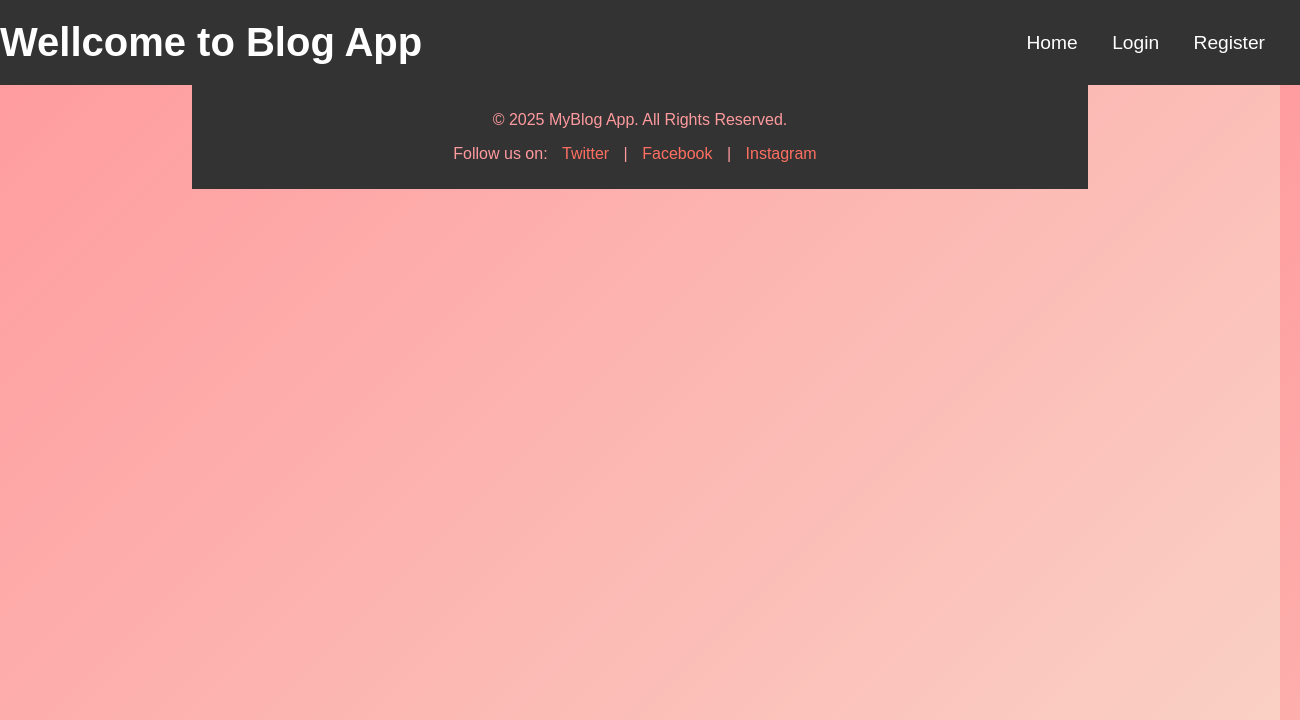
Repository: kapucuonur/blog_App
Page: posts/templates/posts/base.html
The author's editor kept a copy of each file at every save. The page is drawn from the files as they stood at one save, then again after the next save.
The browser window is 1280 px wide. The page is 1300 px wide, so the pictures cover 1300 px, including what lies to the right of the window. The pictures show the whole page.
The template is drawn by Django 4.2. The application's start-up code is not run. Other server files are loaded and not shown. The template is opened directly, without the code that normally fills it, so the values that code supplies are empty.

Above is the page before, as saved 2025-01-28 13:34:27.

### posts/templates/posts/base.html
{% load static %}
<!DOCTYPE html>
<html lang="en">
<head>
    <meta charset="UTF-8">
    <meta name="viewport" content="width=device-width, initial-scale=1.0">
    <title>Blog App</title>
    <link rel="stylesheet" href="{% static 'css/styles.css' %}">
</head>
<body>
    <header>
        <h1> Wellcome to Blog App</h1>
        <nav>
            <a href="{% url 'index' %}">Home</a>
            {% if user.is_authenticated %}
                <a href="{% url 'logout' %}">Logout</a>
            {% else %}
                <a href="{% url 'login' %}">Login</a>
                <a href="{% url 'register' %}">Register</a>
            {% endif %}
        </nav>
    </header>


    <main>
        {% block content %}
        {% endblock %}
    </main>
</body>
<footer>
    <p>&copy; 2025 MyBlog App. All Rights Reserved.</p>
    <p>Follow us on:
        <a href="https://twitter.com" target="_blank">Twitter</a> |
        <a href="https://facebook.com" target="_blank">Facebook</a> |
        <a href="https://instagram.com" target="_blank">Instagram</a>
    </p>
</footer>
</html>

### static/css/styles.css
/* General styling */
body {
    font-family: Arial, sans-serif;
    margin: 0;
    padding: 0;
    display: flex;
    flex-direction: column;
    align-items: center;
    justify-content: flex-start;
    height: 100vh;
    background: linear-gradient(135deg, #ff9a9e, #fad0c4);
    animation: backgroundMove 5s infinite alternate;
    box-sizing: border-box;
}

@keyframes backgroundMove {
    from {
        background-position: 0% 50%;
    }
    to {
        background-position: 100% 50%;
    }
}

/* Header and Navigation */
header {
    width: 100%;
    background-color: #333;
    color: white;
    padding: 20px;
    display: flex;
    justify-content: space-between;
    align-items: center;
}

header h1 {
    margin: 0;
    font-size: 2.5rem;
}

nav a {
    color: white;
    margin: 0 15px;
    text-decoration: none;
    font-size: 1.2rem;
    transition: color 0.3s ease;
}

nav a:hover {
    color: #ff6f61;
}

/* Welcome message styling */
.welcome-message {
    text-align: center;
    margin-top: 30px;
    color: #444;
}

.welcome-message h2 {
    font-size: 2rem;
    color: #333;
}

.welcome-message p {
    font-size: 1.2rem;
    color: #555;
}

/* Posts container */
.posts-container {
    display: flex;
    justify-content: center;
    margin-top: 30px;
}

.posts {
    width: 70%;
    max-width: 800px;
}

.post {
    background-color: #fff;
    padding: 20px;
    margin-bottom: 20px;
    border-radius: 10px;
    box-shadow: 0 4px 15px rgba(0, 0, 0, 0.1);
}

.post h4 {
    margin: 0;
    font-size: 1.5rem;
    color: #333;
}

.post p {
    font-size: 1.2rem;
    color: #555;
}

.author {
    font-size: 1rem;
    color: #777;
    margin-top: 10px;
    font-style: italic;
}

/* Form styling */
form {
    background: #fff;
    padding: 30px;
    border-radius: 10px;
    box-shadow: 0 4px 15px rgba(0, 0, 0, 0.1);
    width: 300px;
    animation: slideDown 0.6s ease-in-out;
}

/* Heading inside the form */
form h2 {
    margin-bottom: 20px;
    color: #444;
    text-align: center;
    animation: fadeIn 1s ease-in-out;
}

/* Input styling */
form input {
    width: 100%;
    padding: 12px;
    margin-bottom: 20px;
    border: 1px solid #ccc;
    border-radius: 5px;
    font-size: 16px;
    box-shadow: inset 0 2px 5px rgba(0, 0, 0, 0.1);
    transition: border-color 0.3s ease, box-shadow 0.3s ease;
}

form input:focus {
    border-color: #ff6f61;
    box-shadow: 0 0 8px rgba(255, 111, 97, 0.5);
    outline: none;
}

/* Button styling */
form button {
    width: 100%;
    padding: 12px;
    background: #ff6f61;
    color: white;
    border: none;
    border-radius: 5px;
    font-size: 16px;
    font-weight: bold;
    cursor: pointer;
    transition: background 0.3s ease, transform 0.2s ease;
}

form button:hover {
    background: #e64c3c;
    transform: translateY(-2px);
}

/* Link styling */
form a {
    display: block;
    text-align: center;
    margin-top: 15px;
    text-decoration: none;
    color: #555;
    font-size: 14px;
    transition: color 0.3s ease;
}

form a:hover {
    color: #ff6f61;
}

/* Animations */
@keyframes slideDown {
    from {
        opacity: 0;
        transform: translateY(-20px);
    }
    to {
        opacity: 1;
        transform: translateY(0);
    }
}

@keyframes fadeIn {
    from {
        opacity: 0;
    }
    to {
        opacity: 1;
    }
}
/* Footer styling */
footer {
    width: 70%;
    background-color: #333;
    color: #ff9a9e;
    padding: 10px 0;
    text-align: center;
    font-size: 1rem;
    position: relative;
    bottom: 0;
    left: 0;
}

/* Footer links styling */
footer a {
    color: #ff6f61;
    text-decoration: none;
    margin: 0 10px;
    transition: color 0.3s ease;
}

/* Footer links hover effect */
footer a:hover {
    color: white;
}

After the next save:
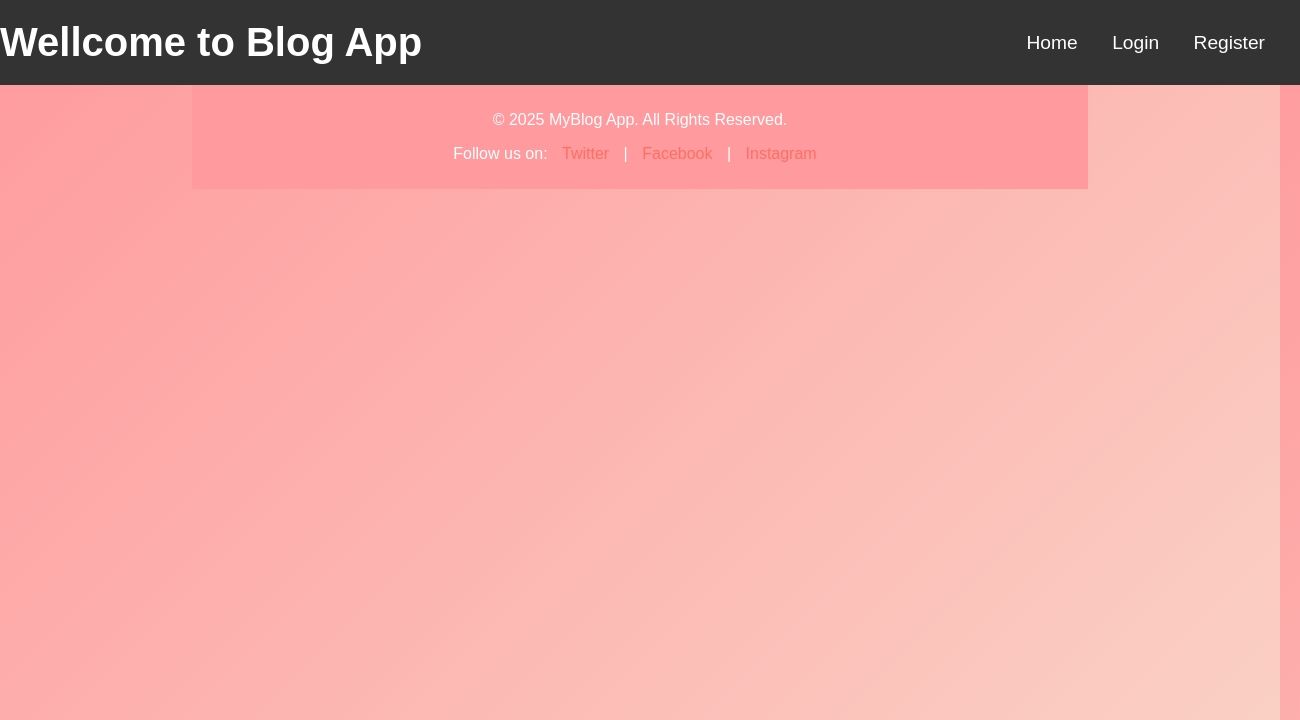
Saved 20 s later.
--- a/static/css/styles.css
+++ b/static/css/styles.css
@@ -198,8 +198,8 @@ form a:hover {
 /* Footer styling */
 footer {
     width: 70%;
-    background-color: #333;
-    color: #ff9a9e;
+    background-color: #ff9a9e;
+    color: white;
     padding: 10px 0;
     text-align: center;
     font-size: 1rem;
